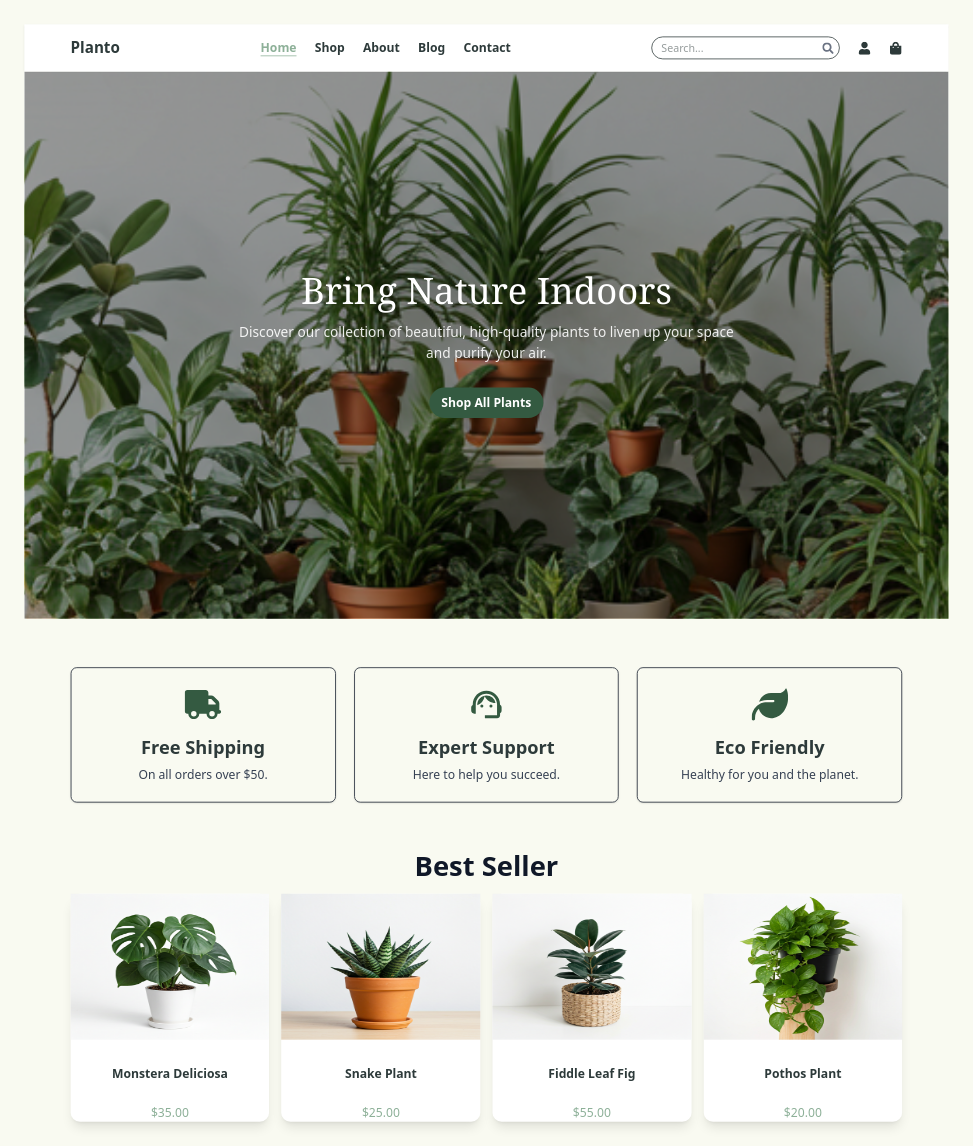
Repository: mazenessam99/Planto
Page: /
An editor plug-in stored every save of this project. The page is shown before and after a run of saves, followed by the edit.
The browser window is 1280 px wide. The pictures show the whole page, at 76% of full size.
The project was rebuilt for these pictures with package versions that can differ from the ones it lists, and the page was loaded fresh each time. Also part of the build but not shown: vite.config.js.

Above is the page before, as saved 2025-11-22 23:06:54.

### index.html
<!doctype html>
<html lang="en">
  <head>
    <meta charset="UTF-8" />
    <link rel="icon" type="image/svg+xml" href="/vite.svg" />
    <meta name="viewport" content="width=device-width, initial-scale=1.0" />
    <title>plants_website</title>
  </head>
  <body>
    <div id="root"></div>
    <script type="module" src="/src/main.jsx"></script>
  </body>
</html>

### src/index.css
@import "tailwindcss";
@import "tailwindcss/theme" layer(theme);
@theme {
  --color-primary: #2D3A3A;
  --color-forest:#386641;
  --color-green:#345A41;
  --color-secondary: #8DB098;
  --color-Terracotta: #C27357;
  --color-sky:#B0D0D3;
  --font-cairo: "Cairo", sans-serif;
  --spacing-128: 32rem;
}

/* ----- BASE ----- */
@layer base {
  body {
    @apply  bg-[#F9FAF1] text-gray-900;
  }
}

/* ----- COMPONENTS ----- */
@layer components {
  .btn {
    @apply bg-primary text-white px-4 py-2 rounded-full cursor-pointer ;
  }
  .btn-green{
    @apply bg-green ;
  }

  .card {
    @apply bg-white p-6 rounded-xl shadow;
  }

}
/* Scrollbar width */
::-webkit-scrollbar {
  width: 8px;
}

/* Scrollbar track  */
::-webkit-scrollbar-track {
  background: #2D3A3A;
  border-radius: 8px;
}

/* Scrollbar thumb  */
::-webkit-scrollbar-thumb {
  background-color: #8DB098;
  border-radius: 8px;
}

::-webkit-scrollbar-thumb:hover {
  background-color: #789983;
}

.container{
  width:90%;
  margin:0 auto;
}

### src/App.jsx

import './App.css'
import Button from './components/ui/Button'
import Home from './pages/Home'

function App() {


  return (
    <>
      <Home/>


    </>
  )
}

export default App

### src/components/ui/Button.jsx
const Button = ({ children, className = "",variant="", ...props }) => {
    return (
        <button className={`btn btn-${variant} ${className}`} {...props}>
            {children}
        </button>
    )
}

export default Button

### src/pages/Home.jsx
import BestSeller from '../components/layout/BestSeller'
import DeliveryCard from '../components/layout/DeliveryCard'
import Hero from '../components/layout/Hero'
import Navbar from '../components/layout/Navbar'

const Home = () => {
  return (
    <div>
        <Navbar/>
        <Hero/>
        <DeliveryCard/>
        <BestSeller/>
    </div>
  )
}

export default Home

### src/components/layout/BestSeller.jsx
import React from 'react'
import { BESTSELLER_CARDS } from '../../utils/constants';
import ProductCard from '../ui/ProductCard';

const BestSeller = () => {
  return (
    <section className='container'>
        <h2 className="text-4xl text-center font-bold mb-4">Best Seller</h2>
        <div className='grid grid-cols-1 sm:grid-cols-2 lg:grid-cols-4 gap-4'>
            {BESTSELLER_CARDS.map((card,index)=>(
                <ProductCard src={card.src} title={card.title} price={card.price}/>
        ))}
        </div>

    </section>
  )
}

export default BestSeller;

### src/components/layout/DeliveryCard.jsx
import { motion } from "framer-motion";
import { DELIVERY_CARDS } from "../../utils/constants";
import { FaTruck, FaLeaf } from "react-icons/fa6";
import { MdSupportAgent } from "react-icons/md";

const icons = {
  truck: <FaTruck />,
  support: <MdSupportAgent />,
  leaf: <FaLeaf />,
};

const DeliveryCards = () => {
  return (
    <section className="container py-16">
      <div className="grid grid-cols-1 sm:grid-cols-2 lg:grid-cols-3 gap-6">
        {DELIVERY_CARDS.map((card, index) => (
          <div key={card.id} className="flex flex-col items-center justify-center text-center p-6 border rounded-lg shadow hover:shadow-lg  transition">
            <div className="text-5xl text-green">
              {icons[card.icon]}
            </div>
            <h3 className="mt-4 mb-2 font-bold text-xl md:text-2xl text-primary">{card.title}</h3>
            <p className="text-gray-700 ">{card.desc}</p>
          </div>
        ))}

      </div>
    </section>
  );
};

export default DeliveryCards;

### src/components/layout/Hero.jsx
import { motion } from "framer-motion";
import HeroImg from "../../assets/images/Hero.png";
import Button from "../ui/Button";

const Hero = () => {
  return (
    <section
      className="relative h-screen overflow-hidden"
    >

      <motion.div
        className="absolute inset-0 bg-cover bg-center"
        style={{ backgroundImage: `url(${HeroImg})` }}
        animate={{ scale: [1, 1.05, 1] }}
        transition={{ duration: 10, repeat: Infinity, ease: "easeInOut" }}
      />

      {/* Overlay */}
      <div className="absolute inset-0 bg-black/40"></div>

      <div className="relative z-10 flex flex-col items-center justify-center h-full px-4 md:px-0 space-y-4 text-center">
        <motion.h1
          initial={{ y: -20, opacity: 0 }}
          animate={{ y: 0, opacity: 1 }}
          transition={{ duration: 0.8 }}
          className="text-white text-2xl md:text-4xl lg:text-5xl font-serif"
        >
          Bring Nature Indoors
        </motion.h1>

        <motion.h2
          initial={{ y: 20, opacity: 0 }}
          animate={{ y: 0, opacity: 1 }}
          transition={{ duration: 0.8, delay: 0.3 }}
          className="text-white/90 text-sm md:text-base lg:text-lg max-w-2xl font-normal"
        >
          Discover our collection of beautiful, high-quality plants to liven up your space and purify your air.
        </motion.h2>

        <motion.div
          initial={{ scale: 0.8, opacity: 0 }}
          animate={{ scale: 1, opacity: 1 }}
          transition={{ duration: 0.5, delay: 0.6 }}
        >
          <Button className="btn-green font-bold mt-4">Shop All Plants</Button>
        </motion.div>
      </div>
    </section>
  );
};

export default Hero;

### src/components/layout/Navbar.jsx
import { useState } from "react";
import { NavLink } from "react-router-dom";
import { NAVBAR_LINKS } from "../../utils/constants";
import { FaBars, FaSearch, FaUser, FaShoppingBag } from "react-icons/fa";
import { IoClose } from "react-icons/io5";
import { motion, AnimatePresence } from "framer-motion";

const Navbar = () => {
    const [menuOpen, setMenuOpen] = useState(false);

    return (
        <nav className="bg-white shadow sticky top-0 z-50 ">
            <div className="container flex justify-between items-center py-4">
                {/* Logo */}
                <a href="/" className="text-primary text-xl font-bold">Planto</a>

                {/* Desktop Links */}
                <ul className="hidden md:flex gap-6 items-center">
                    {NAVBAR_LINKS.map((link) => (
                        <li key={link.id}>
                            <NavLink
                                to={link.path}
                                className={({ isActive }) =>
                                    `text-primary font-semibold transition hover:text-secondary
                                ${isActive ? "text-secondary underline underline-offset-4" : ""}`
                                }
                            >
                                {link.label}
                            </NavLink>
                        </li>
                    ))}
                </ul>

                {/* Desktop Icons + Search */}
                <div className="hidden md:flex gap-6 items-center text-primary">
                    {/* Search input */}
                    <div className="relative">
                        <input
                            type="text"
                            placeholder="Search..."
                            className="border rounded-full pl-3 pr-8 py-1 text-sm focus:outline-none focus:ring-2 focus:ring-secondary"
                        />
                        <FaSearch size={15} className="absolute right-2 top-2 text-gray-500" />
                    </div>

                    <FaUser size={17} className="cursor-pointer hover:text-secondary" />
                    <FaShoppingBag size={17} className="cursor-pointer hover:text-secondary" />
                </div>

                {/* Mobile menu button */}
                <button
                    className="md:hidden text-primary"
                    onClick={() => setMenuOpen(true)}
                    aria-label="Open menu"
                    aria-expanded={menuOpen}
                >
                    <FaBars size={22} />
                </button>
            </div>

            {/* Mobile overlay + drawer (AnimatePresence for exit animation) */}
            <AnimatePresence>
                {menuOpen && (
                    <motion.div
                        className="md:hidden fixed inset-0 z-40"
                        initial={{ opacity: 0 }}
                        animate={{ opacity: 1 }}
                        exit={{ opacity: 0 }}
                        onClick={() => setMenuOpen(false)}
                    >
                        {/* Drawer */}
                        <motion.div
                            className="bg-white w-72 h-full shadow-lg p-6"
                            initial={{ x: "-100%" }}
                            animate={{ x: 0 }}
                            exit={{ x: "-100%" }}
                            transition={{ type: "linear", duration: 0.4 }}
                            onClick={(e) => e.stopPropagation()}
                        >
                            {/* Close */}
                            <div className="flex justify-between items-center mb-6">
                                <a href="/" className="text-lg font-bold text-primary">Planto</a>
                                <button onClick={() => setMenuOpen(false)} aria-label="Close menu">
                                    <IoClose size={26} className="text-primary" />
                                </button>
                            </div>

                            {/* Mobile Search */}
                            <div className="mb-4">
                                <div className="relative">
                                    <input
                                        type="text"
                                        placeholder="Search..."
                                        className="w-full border rounded-full pl-3 pr-8 py-2 text-sm focus:outline-none focus:ring-2 focus:ring-secondary"
                                    />
                                    <FaSearch size={15} className="absolute right-3 top-3 text-gray-500" />
                                </div>
                            </div>

                            {/* Links */}
                            <ul className="flex flex-col gap-4 text-primary font-semibold">
                                {NAVBAR_LINKS.map((link) => (
                                    <li key={link.id}>
                                        <NavLink
                                            to={link.path}
                                            onClick={() => setMenuOpen(false)}
                                            className={({ isActive }) =>
                                                `block py-2 ${isActive ? "text-secondary" : ""}`
                                            }
                                        >
                                            {link.label}
                                        </NavLink>
                                    </li>
                                ))}
                            </ul>

                            {/* Icons */}
                            <div className="flex gap-4 mt-6 text-primary">
                                <FaUser size={18} />
                                <FaShoppingBag size={18} />
                            </div>
                        </motion.div>
                    </motion.div>
                )}
            </AnimatePresence>
        </nav>
    );
};

export default Navbar;

### src/utils/constants.js
import img1 from "../../src/assets/images/Featured_1.png";
import img2 from "../../src/assets/images/Featured_2.png";
import img3 from "../../src/assets/images/Featured_3.png";
import img4 from "../../src/assets/images/Featured_4.png";
// Navbar_Links
export const NAVBAR_LINKS = [
    { id: 1, label: 'Home', path: '/' },
    { id: 2, label: 'Shop', path: '/shop' },
    { id: 3, label: 'About', path: '/about' },
    { id: 4, label: 'Blog', path: '/blog' },
    { id: 5, label: 'Contact', path: '/contact' },
];

// Delivery_Cards
export const DELIVERY_CARDS = [
    { id: 1, icon: "truck", title: "Free Shipping", desc: "On all orders over $50." },
    { id: 2, icon: "support", title: "Expert Support", desc: "Here to help you succeed." },
    { id: 3, icon: "leaf", title: "Eco Friendly", desc: "Healthy for you and the planet." },
];

// BESTSELLER_CARDS
export const BESTSELLER_CARDS=[
    {id:1,src:img1,title:'Monstera Deliciosa',price:'$35.00'},
    {id:2,src:img2,title:'Snake Plant',price:'$25.00'},
    {id:3,src:img3,title:'Fiddle Leaf Fig',price:'$55.00'},
    {id:4,src:img4,title:'Pothos Plant',price:'$20.00'}
]

### src/components/ui/ProductCard.jsx
import Button from "./Button";

const ProductCard = ({src,title,price,showButton=false,buttonText='Add To Cart'}) => {
  return (
    <div className="bg-white rounded-xl shadow-lg flex flex-col  space-y-4">
      <div className="w-full h-48 ">
        <img src={src} className="w-full h-full"/>
      </div>
      <h3 className="mt-4 font-bold text-primary">{title}</h3>
      <p className="mt-3 text-secondary">{price}</p>
      {showButton&&(
        <Button className="my-3 w-full"/>
      )}

    </div>
  )
}

export default ProductCard;

Loaded but not shown: src/main.jsx (common file); src/App.css (common file)

After the next 3 saves:
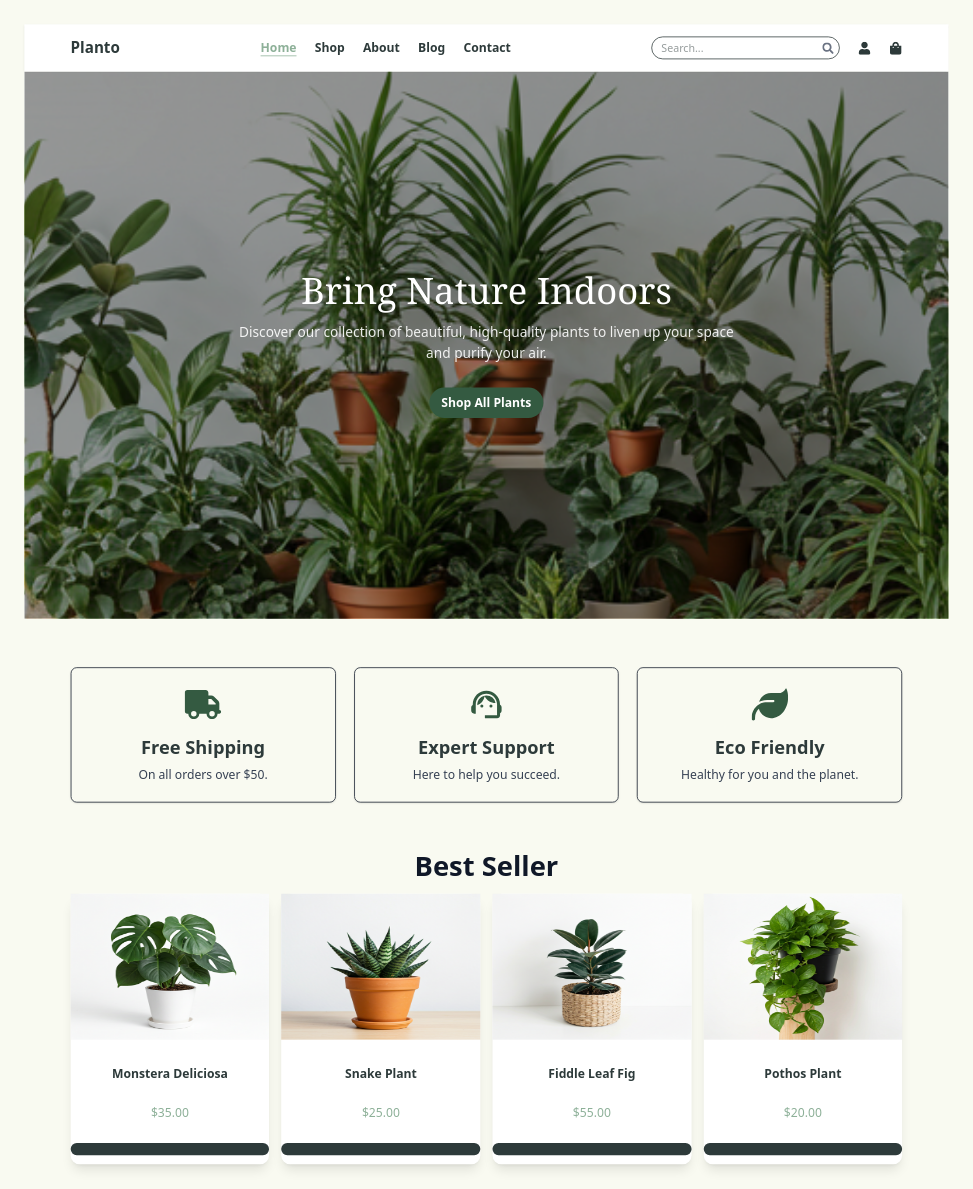
The 3 saves are shown as one change because they came seconds apart.
The last was saved 28 s later.
--- a/src/components/ui/ProductCard.jsx
+++ b/src/components/ui/ProductCard.jsx
@@ -1,6 +1,6 @@
 import Button from "./Button";
 
-const ProductCard = ({src,title,price,showButton=false,buttonText='Add To Cart'}) => {
+const ProductCard = ({src,title,price,showButton=true,buttonText='Add To Cart'}) => {
   return (
     <div className="bg-white rounded-xl shadow-lg flex flex-col  space-y-4">
       <div className="w-full h-48 ">
